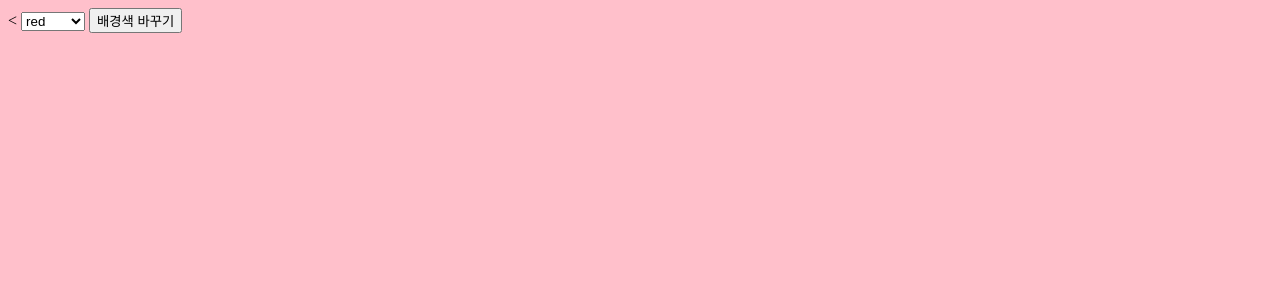
Repository: rekindle402/inc_study
Page: http://localhost/BoardApp/color/main.jsp
An editor plug-in stored every save of this project. The page is shown before and after the next save, followed by the edit.
The browser window is 1280 px wide. The pictures show the whole page.
The page is served by Tomcat 9.

Above is the page before, as saved 2025-07-02 06:33:14.

After the next save:
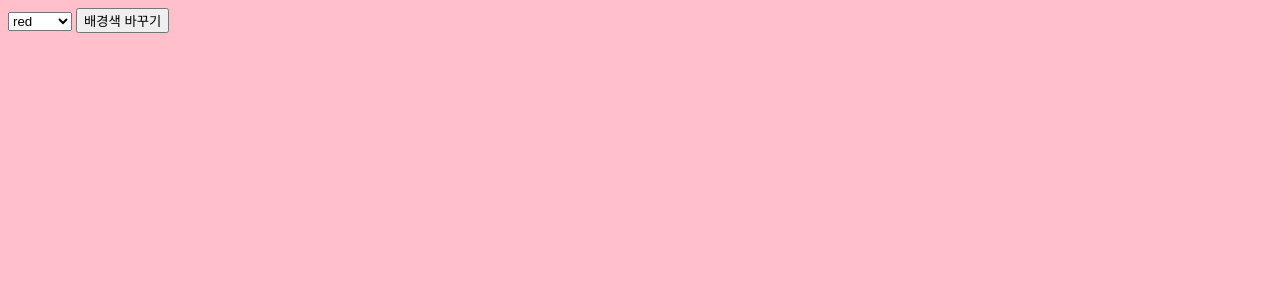
Saved 16 s later.
--- a/BoardApp/src/main/webapp/color/main.jsp
+++ b/BoardApp/src/main/webapp/color/main.jsp
@@ -1,6 +1,8 @@
 <%@ page language="java" contentType="text/html; charset=UTF-8"
     pageEncoding="UTF-8"%>
- <
+ <%
+ String bg=request.getParameter("bg");
+ %>
 <!DOCTYPE html>
 <html>
 <head>
